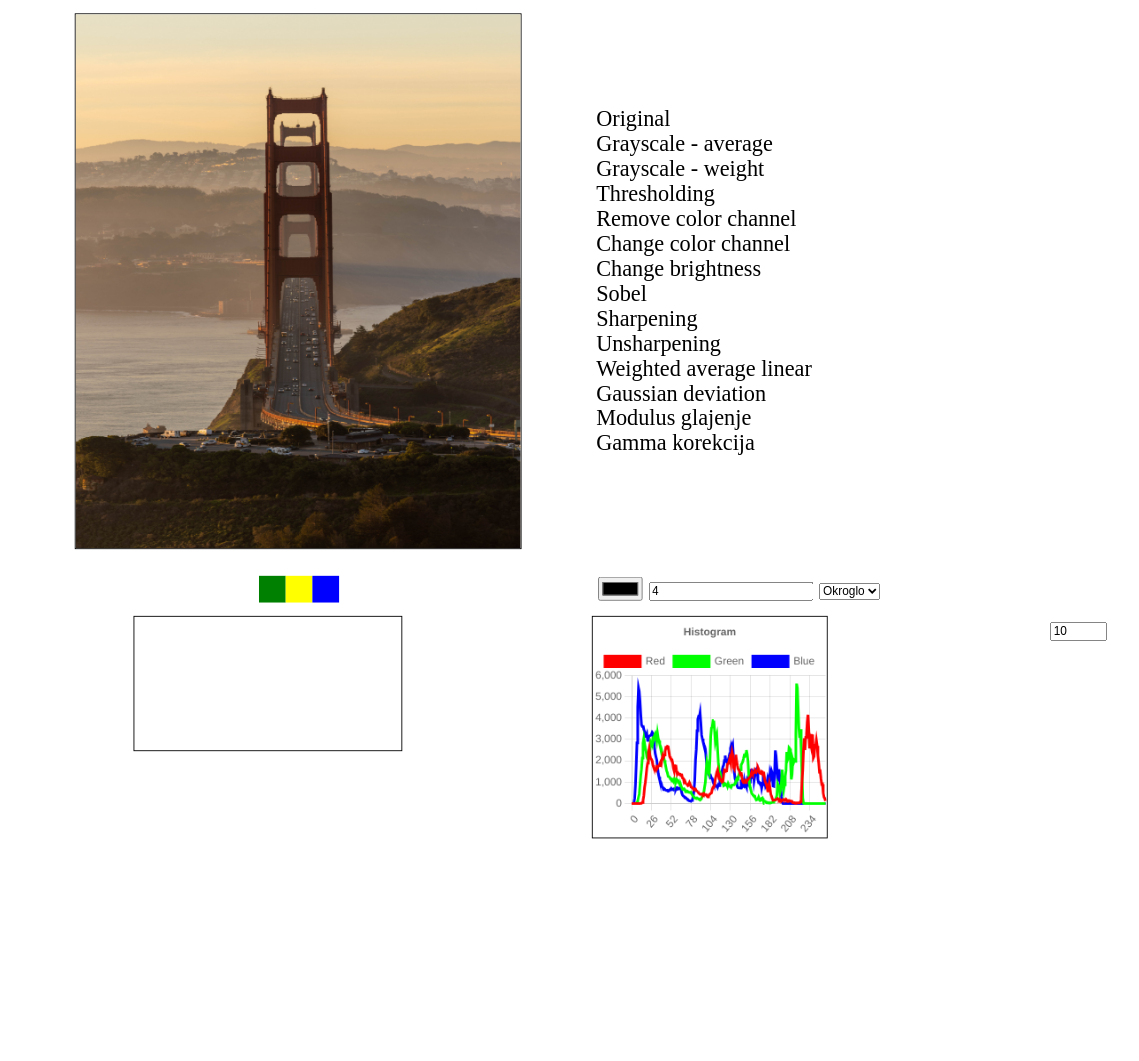
Repository: fussionko/web_photoshop
Page: index.html
These files come from the project's save history. The page is drawn as it stood at one moment and after the next save; the edit follows.
The browser window is 1280 px wide. The pictures show the whole page, at 89% of full size.
Some web libraries are served in a nearby version.

Above is the page before, as saved 2022-04-28 22:57:08.

### index.html
<!doctype html>
<html lang="en">
    <head>
        <meta charset="utf-8">
        <meta name="viewport" content="width=device-width, initial-scale=1">

        <title>Slike</title>
        <link rel="stylesheet" href="style.css">
    </head>
    <body>
        <div id="container-main">
            <canvas id="main_canvas"></canvas>
            <div id="container-buttons"></div>
            <div id="container-controls"></div>
        </div>
        <div id="container-assist">
            <div id="container-history"><div id="history-back"></div><div id="history-fow"></div><div id="history-reset"></div></div>
            <div id="container-color">
                <input type="color" id="color" value="#000000">
                <input type="number" id="brush-size" step="1" value="4">
                <select id="cap-type">
                    <option value="butt">Butt</option>
                    <option value="round" selected>Okroglo</option>
                    <option value="square">Kvadrat</option>
                </select>
            </div>
        </div>
        <div id="container-histogram">
            <div>
                <canvas id="main-chart"></canvas>
            </div>
            <div>
                <canvas id="main-graph"></canvas>
            </div>
            <div id="container-graph-data">
                <input type="number" id="basket-num" step="1" max="255" min="1" value="10">
            </div>
        </div>
        <script src="https://cdnjs.cloudflare.com/ajax/libs/Chart.js/3.7.1/chart.min.js"></script>
        <script src="filters.js"></script>
        <script src="draw.js"></script>
        <script src="history.js"></script>
        <script src="graph.js"></script>
        <script src="main.js"></script>
    </body>
</html>

### style.css
html {
    margin: 0;
    width: 100%;
    height: 100%;

    background-color: white !important;
}
body {
    margin: 0;

    display: grid;
    align-items: center;

    font-size: 25px;
    background-color: white !important;
    width: 100%;
    height: 100%;

}

#container-main, #container-assist, #container-historgram {
    margin: 15px 0;
}

#container-main {
    width: 100%;
    display: grid;
    grid-template-columns: auto auto 200px;
    align-items: center;
    justify-content: space-evenly;

}
canvas {

    border: 1px solid black;
}

.button-function {
    border: 1px solid black;
    padding: 5px;
    margin: 5px;;
}

#container-assist {
    display: grid;
    grid-template-columns: auto auto ;
    justify-content: space-evenly;
}

#container-history {
    display: flex;

}

#history-back, #history-fow, #history-reset {
    width: 30px;
    height: 30px;
}

#history-fow {
    background-color: yellow;
}

#history-back {
    background-color: green;
}

#history-reset {
    background-color: blue;
}

#container-histogram {
    display: grid;
    grid-template-columns: 1fr 1fr 100px;
    margin-left: 150px;
    margin-bottom: 100px;
    height: 500px;
}

### draw.js
function loadDraw()
{
    document.addEventListener('mousemove', draw);
    document.addEventListener('mousedown', function(e){
        setPosition(e);
        draw(e);
    });
    document.addEventListener('mouseenter', setPosition);
    document.addEventListener('mouseup', function(e){
        if(e.clientX > canvas_x_position + canvas_width || e.clientX < canvas_x_position) return;
        if(e.clientY > canvas_y_position + canvas_height || e.clientY < canvas_y_position) return;
        loadImage(getPixelData());
    });

    document.getElementById("color").addEventListener("change", function(){
        draw_color = this.value;
        console.log(draw_color);
    });

    document.getElementById("brush-size").addEventListener("change", function(){
        brush_size = parseInt(this.value);
        console.log(brush_size);
    });

    document.getElementById("cap-type").addEventListener("change", function(){
        cap_type = this.value;
        console.log(cap_type);
    });
}

let pos = {x:0, y:0}

function setPosition(e)
{
    pos.x = e.clientX - canvas_x_position;
    pos.y = e.clientY - canvas_y_position;
}

let draw_color = "#000000";
let brush_size = 4;
let cap_type = "round";
function draw(e)
{
    if (e.buttons !== 1) return;

    main_ctx.beginPath(); // begin

    main_ctx.lineWidth = brush_size;
    main_ctx.lineCap = cap_type;
    main_ctx.strokeStyle = draw_color;

    main_ctx.moveTo(pos.x, pos.y); // from
    setPosition(e);
    main_ctx.lineTo(pos.x, pos.y); // to

    main_ctx.stroke(); // draw it!


}

function delete_draw(e)
{
    if (e.buttons !== 1) return;

    main_ctx.beginPath(); // begin

    main_ctx.lineWidth = brush_size;
    main_ctx.lineCap = 'round';
    main_ctx.strokeStyle = draw_color;

    main_ctx.moveTo(pos.x, pos.y); // from
    setPosition(e);
    main_ctx.lineTo(pos.x, pos.y); // to

    main_ctx.stroke(); // draw it!
}

### history.js
function loadHistory()
{
    document.getElementById("history-back").addEventListener("click", function(){
        if(moveBackwardHistory() == -1) return;
        loadImageHistory();
    })

    document.getElementById("history-fow").addEventListener("click", function(){
        if(moveFowardHistory() == -1) return;
        loadImageHistory();
    })

    document.getElementById("history-reset").addEventListener("click", function(){
        let draw_image = new ImageData(canvas_width, canvas_height);
        draw_image.data.set(original_img_data);
        history = [draw_image.data];
        currentHistoryIndex = 1;
        current_filter_data["filter"] = "original";
        current_filter_data["index"] = 1;
        current_filter_data["data"] = draw_image.data;
        loadImageHistory();
    })
}

let history = [];
let currentHistoryIndex = 0;
function addToHistory(img_data)
{
    if(checkSame(img_data, history[history.length-1]) == 1) return;
    if(currentHistoryIndex != history.length)
        removeHistoryToIndex();

    history.push(img_data);
    currentHistoryIndex++;
}

function removeHistoryToIndex()
{
    history.splice(currentHistoryIndex, history.length-currentHistoryIndex)
}

function moveFowardHistory()
{
    if(currentHistoryIndex+1 > history.length) return -1;
    currentHistoryIndex++;
    return 1;
}

function moveBackwardHistory()
{
    if(currentHistoryIndex-1 <= 0) return -1;
    currentHistoryIndex--;
    return 1;
}

function getCurrentHistory()
{
    return history[currentHistoryIndex];
}

### graph.js
const graph_width = 265;
const graph_height = 250;

const chart_width = 530;
const chart_height = 500;

let main_graph;
let graph_ctx;

let chart_ctx;

let normalization_value = 35;
let graph_offset = 5;

let main_chart;

function initGraph()
{
    main_graph = document.getElementById("main-graph");
    graph_ctx = main_graph.getContext('2d');
    main_graph.width = chart_width;
    main_graph.height = chart_height;

    chart_ctx = document.getElementById("main-chart").getContext('2d');
    main_graph.width = graph_width;
    main_graph.height = graph_height;

    document.getElementById("basket-num").addEventListener("change", function(){
        basket_num = parseInt(this.value);
    });

    clear_graph()
    create_graph()

    myChart = new Chart(
        graph_ctx,
        config
    );

}

function clear_graph()
{

    graph_ctx.fillStyle = "#FFFFFF";
    graph_ctx.fillRect(0, 0, graph_width, graph_height);
}

let basket_num = 10;
let basket_size = Math.round(255/basket_num);
const graph_template = {
    "r":{},
    "g":{},
    "b":{}
}
let graph = JSON.parse(JSON.stringify(graph_template));

function create_graph()
{
    // graph = JSON.parse(JSON.stringify(graph_template));
    // for(let i = 1; i <= basket_num; i++)
    // {
    //     graph["r"][basket_size*i] = 0;
    //     graph["g"][basket_size*i] = 0;
    //     graph["b"][basket_size*i] = 0;
    // }
    graph = JSON.parse(JSON.stringify(graph_template));
    for(let i = 0; i <= 255; i++)
    {
        graph["r"][i] = 0;
        graph["g"][i] = 0;
        graph["b"][i] = 0;
    }

}

function count_Pixel(img_data)
{

    let ranges = Object.keys(graph["r"]);

    // for(let i = 0; i < img_data.length; i+=4)
    // {
    //     for(const key in ranges)
    //         if(img_data[i] < parseInt(ranges[key]))
    //         {
    //             graph["r"][ranges[key]]++;
    //             break;
    //         }
    //     for(const key in ranges)
    //         if(img_data[i+1] < parseInt(ranges[key]))
    //         {
    //             graph["g"][ranges[key]]++;
    //             break;
    //         }
    //     for(const key in ranges)
    //         if(img_data[i+2] < parseInt(ranges[key]))
    //         {
    //             graph["b"][ranges[key]]++;
    //             break;
    //         }
    // }
   // console.log(graph);
    for(let i = 0; i < img_data.length; i+=4)
    {

        graph["r"][ranges[img_data[i]]]++;
        graph["g"][ranges[img_data[i+1]]]++;
        graph["b"][ranges[img_data[i+2]]]++;
        //drawLine(graph_offset+img_data[i], graph_height, graph_offset+img_data[i], graph_height-graph["r"][ranges[img_data[i]]], "#FF0000")
    }


  //  normalizeGraph();
    //draw_graph()
   // window.requestAnimationFrame(draw_graph_animation);
    //draw_graph();



    addData(myChart);
}

function normalizeGraph()
{

    for(const c in graph)
        for(const range in graph[c])
            graph[c][range] = Math.round(graph[c][range]/normalization_value);
}

let i = 0;
function draw_graph_animation()
{

}


function drawCurve(range, height, prev, color)
{
    graph_ctx.strokeStyle = color;
    graph_ctx.beginPath();
    graph_ctx.moveTo(graph_offset+range-1, graph_height-prev);
    graph_ctx.quadraticCurveTo(graph_offset+range-1, graph_height-prev, graph_offset+range, height);
    graph_ctx.stroke();
    graph_ctx.closePath();
}



let labels = [];
for(let i = 0; i<= 255; i++)
    labels[i] = i;

const data = {
    labels: labels,
    datasets: [
        {
            label: 'Red',
            data: [],
            borderColor: "#ff0000",
            backgroundColor: "#ff0000",
        },
        {
            label: 'Green',
            data: [],
            borderColor: "#00ff00",
            backgroundColor: "#00ff00",
        },
        {
            label: 'Blue',
            data: [],
            borderColor: "#0000ff",
            backgroundColor: "#0000ff",
        }
    ]
};

const config = {
    type: 'line',
    data: data,
    options: {
        responsive: false,
        plugins: {
            legend:
            {
                position: 'top',
            },
            title:
            {
                display: true,
                text: 'Histogram'
            }
        },
        scales: {
            x: {
              ticks: {
                beginAtZero: true,
              }
            },
            y: {
              ticks: {
                beginAtZero: true,

              }
            }
          },
          elements: {
            point:{
                radius: 0
            }
        },
        animations: {
            tension: {
              duration: 1000,
              easing: 'linear',
              from: 1,
              to: 0,
            }
          },
    },
};


function addData(chart) {
    chart.data.datasets.forEach((dataset) => {
        dataset.data = [];
        if(dataset.label == "Red")
            for(const range in graph["r"])
                dataset.data.push(graph["r"][range]);
        else if(dataset.label == "Green")
            for(const range in graph["g"])
                dataset.data.push(graph["g"][range]);
        else if(dataset.label == "Blue")
            for(const range in graph["b"])
                    dataset.data.push(graph["b"][range]);
    });
    console.log(chart.data);
    chart.update();
}

// const actions = [
//     {
//         name: 'Add Data',
//         handler(chart)
//         {
//             const data = chart.data;
//             if (data.datasets.length > 0)
//             {
//                 data.labels = Utils.months({count: data.labels.length + 1});

//                 for (let index = 0; index < data.datasets.length; ++index)
//                     data.datasets[index].data.push(Utils.rand(-100, 100));
//                 chart.update();
//             }
//         }
//     },

//     {
//       name: 'Remove Data',
//       handler(chart) {
//         chart.data.labels.splice(-1, 1); // remove the label first

//         chart.data.datasets.forEach(dataset => {
//           dataset.data.pop();
//         });

//         chart.update();
//       }
//     }
//   ];


function draw_graph()
{
    graph_ctx.lineWidth = 1;

    for(let range in graph["r"])
    {
        range = parseInt(range);

        graph_ctx.beginPath();
        graph_ctx.moveTo(graph_offset+range, graph_height);
        graph_ctx.strokeStyle = "#FF0000";

        graph_ctx.lineTo(graph_offset+range, graph_height-graph["r"][range]);
        graph_ctx.stroke();
        graph_ctx.closePath();

        graph_ctx.beginPath();
        graph_ctx.moveTo(graph_offset+range, graph_height);
        graph_ctx.strokeStyle = "#00FF00";
        graph_ctx.lineTo(graph_offset+range, graph_height-graph["g"][range]);
        graph_ctx.stroke();
        graph_ctx.closePath();

        graph_ctx.beginPath();
        graph_ctx.moveTo(graph_offset+range, graph_height);
        graph_ctx.strokeStyle = "#0000FF";
        graph_ctx.lineTo(graph_offset+range, graph_height-graph["b"][range]);
        graph_ctx.stroke();
        graph_ctx.closePath();
    }


}

Loaded but not shown: main.js (441 lines, source omitted); filters.js (443 lines, source omitted)

After the next save:
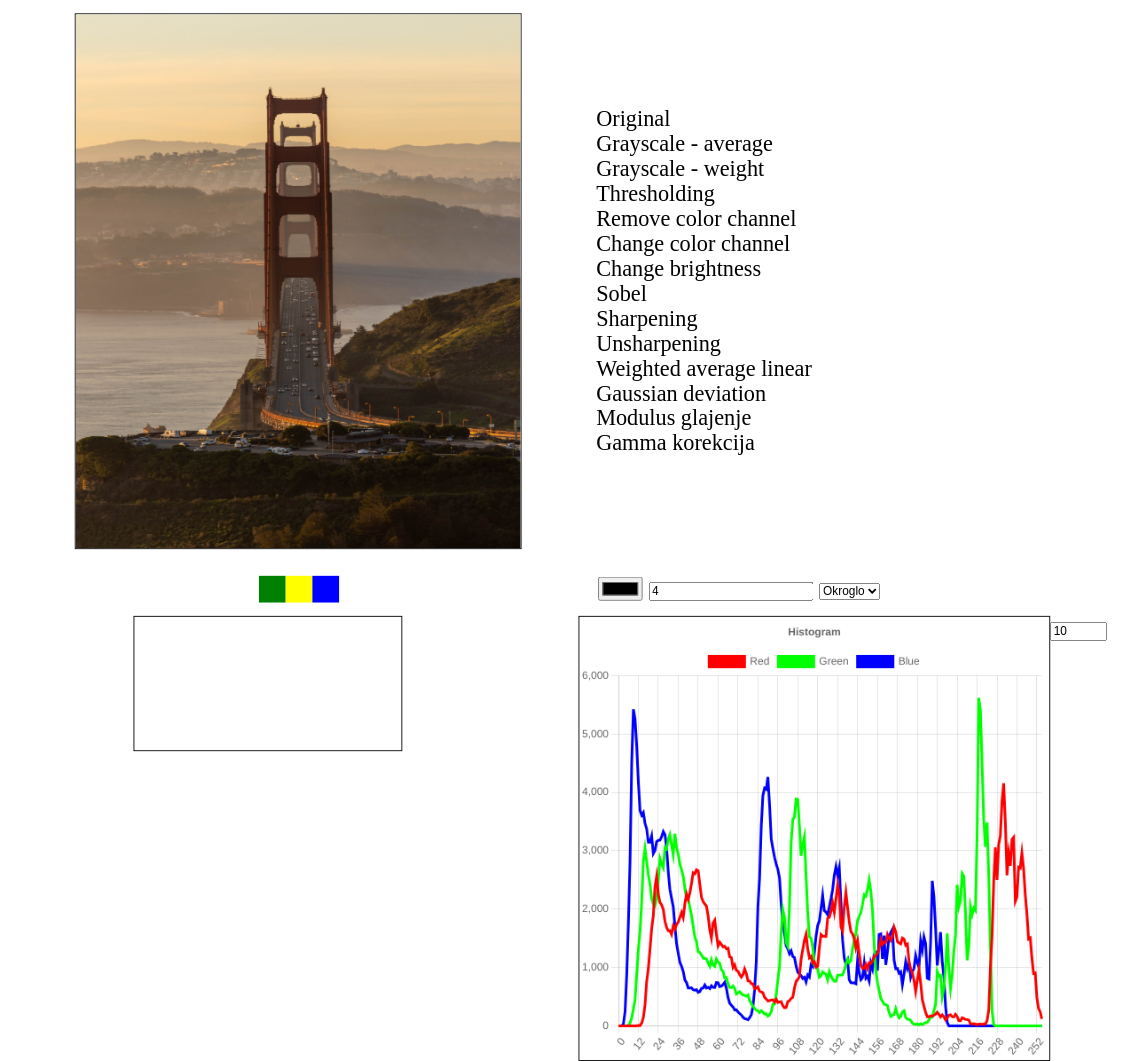
Saved 11 s later.
--- a/graph.js
+++ b/graph.js
@@ -18,12 +18,12 @@ function initGraph()
 {
     main_graph = document.getElementById("main-graph");
     graph_ctx = main_graph.getContext('2d');
+    main_graph.width = graph_width;
+    main_graph.height = graph_height;
+
+    chart_ctx = document.getElementById("main-chart").getContext('2d');
     main_graph.width = chart_width;
     main_graph.height = chart_height;
-
-    chart_ctx = document.getElementById("main-chart").getContext('2d');
-    main_graph.width = graph_width;
-    main_graph.height = graph_height;
 
     document.getElementById("basket-num").addEventListener("change", function(){
         basket_num = parseInt(this.value);
